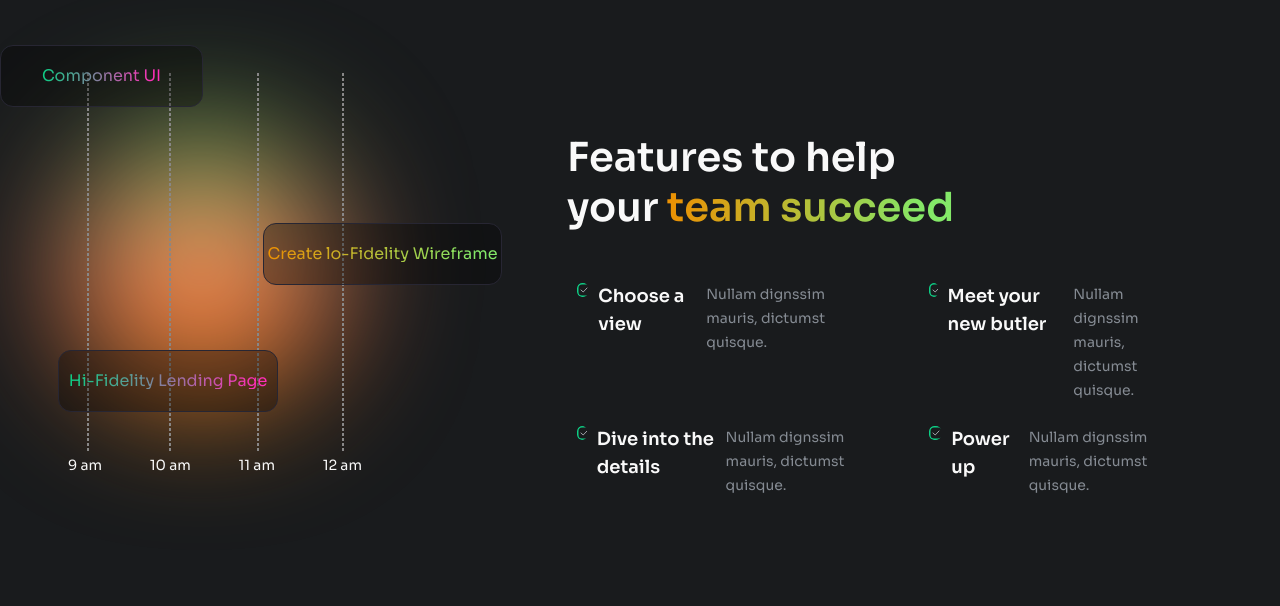
Repository: anhthiethumg/Task_Managerment_Website
Page: index.html
The author's editor kept a copy of each file at every save. The page is drawn from the files as they stood at one save, then again after a run of saves.
The browser window is 1280 px wide. The pictures show the part of the page from y = 2400 to 3101 px (the page is 3006 px tall before and 3101 px after).
A picture or video elsewhere on the page could not be fetched, so the positions and the page height are approximate.

Above is the page before, as saved 2023-07-31 09:15:23.

After the next 6 saves:
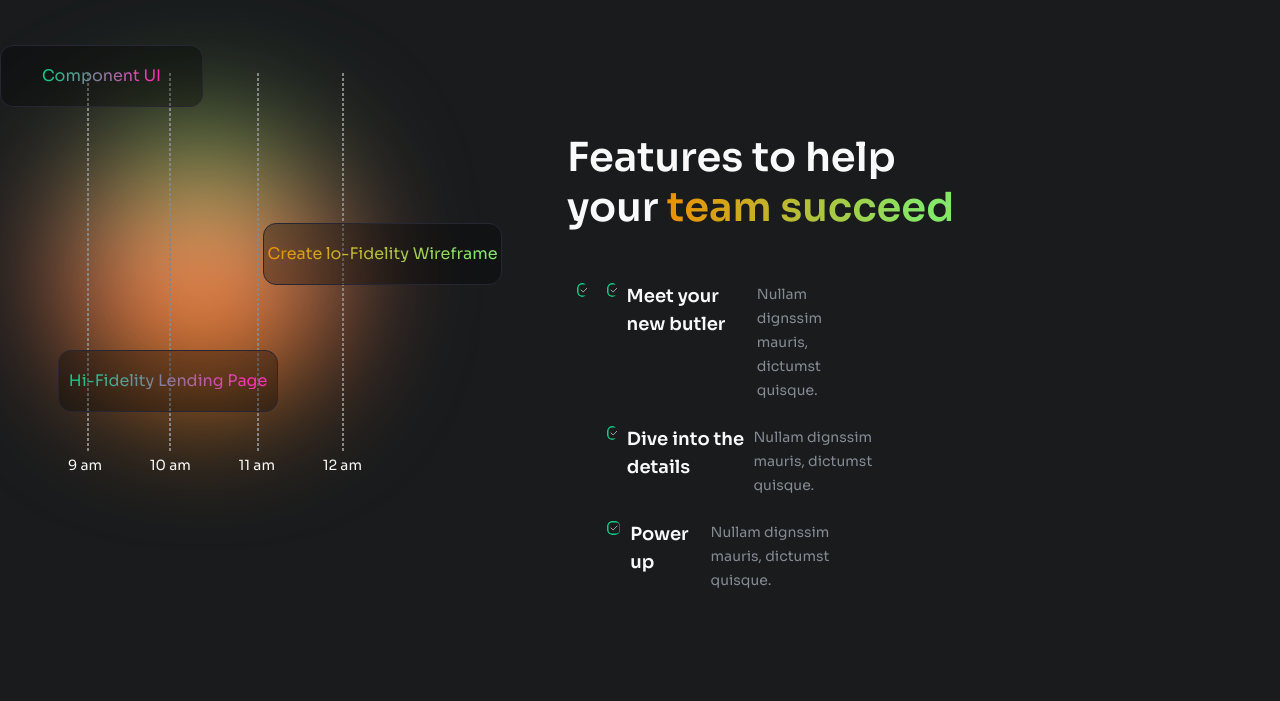
The 6 saves are shown as one change because they came seconds apart.
The last was saved 45 s later.
--- a/index.html
+++ b/index.html
@@ -323,10 +323,7 @@
             </h2>
             <div class="feature__list">
               <div class="feature__item">
-                <h3 class="feature--item__title">Choose a view</h3>
-                <p class="feature__desc">
-                  Nullam dignssim mauris, dictumst quisque.
-                </p>
+                <div class="feature--"
               </div>
               <div class="feature__item">
                 <h3 class="feature--item__title">Meet your new butler</h3>
